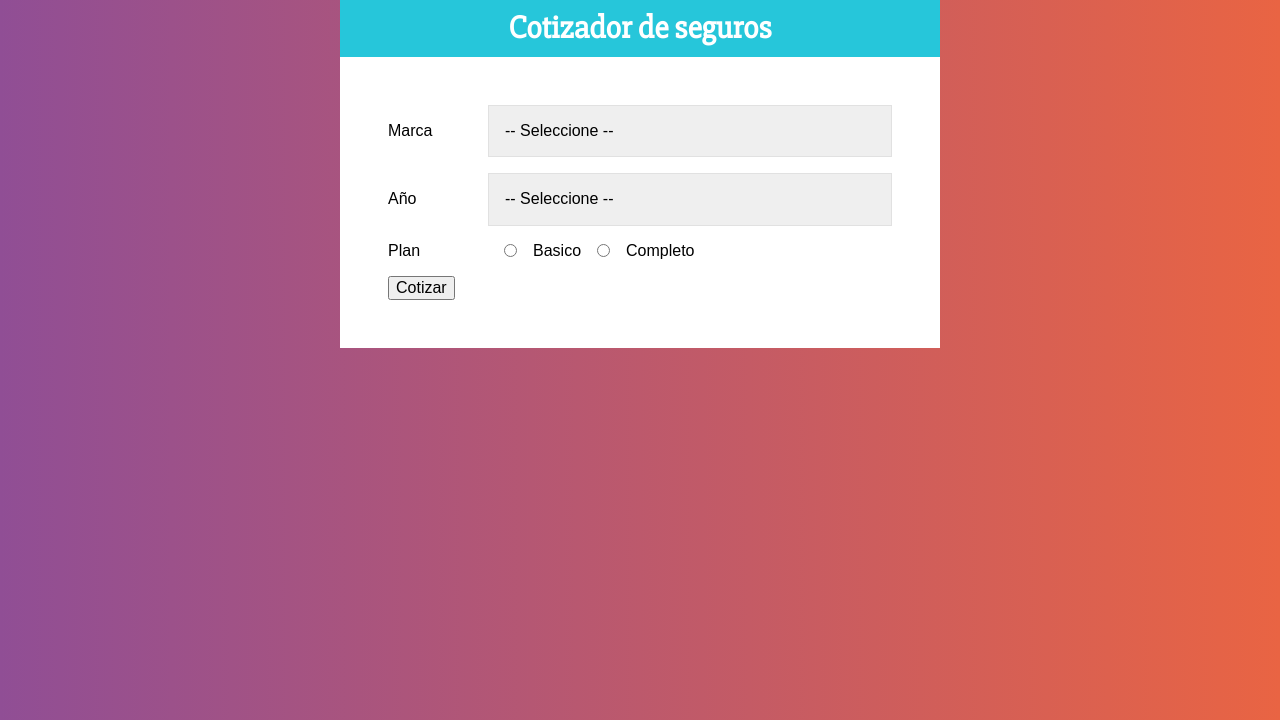
Repository: leonmezu1/cotizadorSeguroReact
Page: /
The author's editor kept a copy of each file at every save. The page is drawn from the files as they stood at one save, then again after the next save.
The browser window is 1280 px wide. The pictures show the whole page.
The project was rebuilt for these pictures with package versions that can differ from the ones it lists, and the page was loaded fresh each time.

Above is the page before, as saved 2020-10-09 11:59:18.

After the next save:
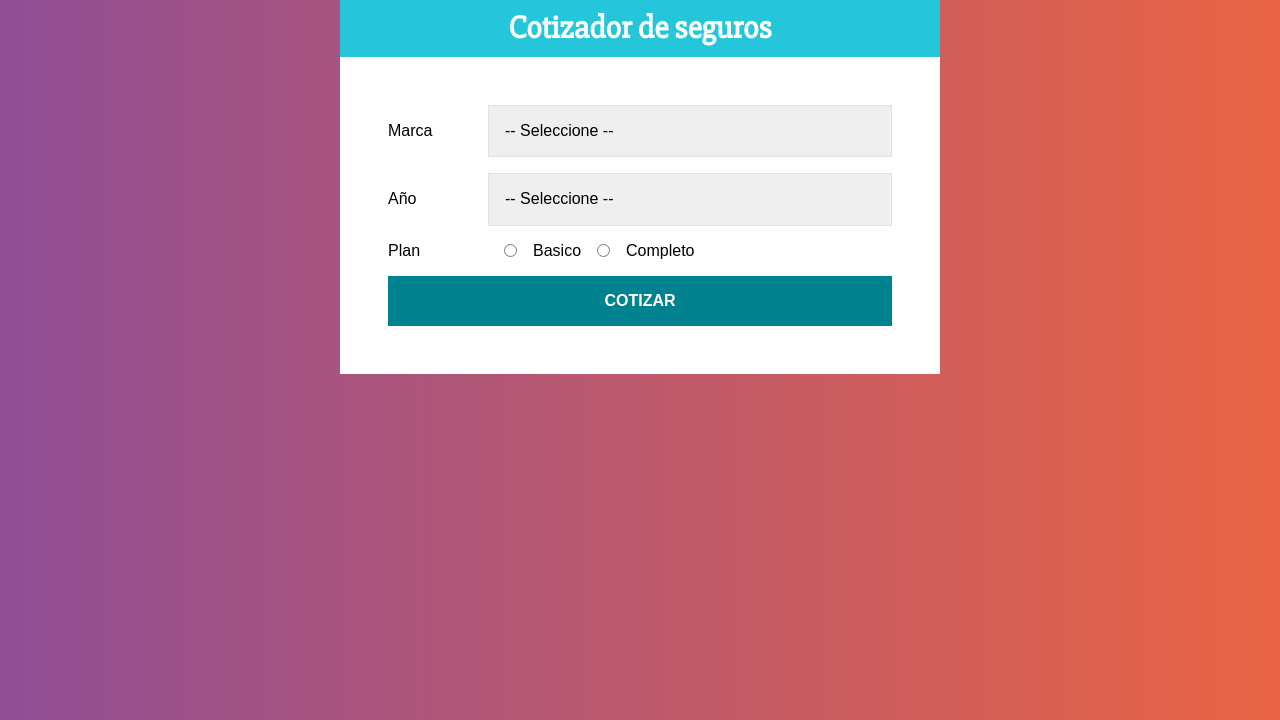
Saved 11 s later.
--- a/src/components/Formulario.js
+++ b/src/components/Formulario.js
@@ -67,7 +67,7 @@ const Formulario = () => {
         <InputRadio type="radio" name="plan" value="basico" /> Basico
         <InputRadio type="radio" name="plan" value="completo" /> Completo
       </Campo>
-      <button type="button">Cotizar</button>
+      <Boton type="button">Cotizar</Boton>
     </form>
   );
 };
